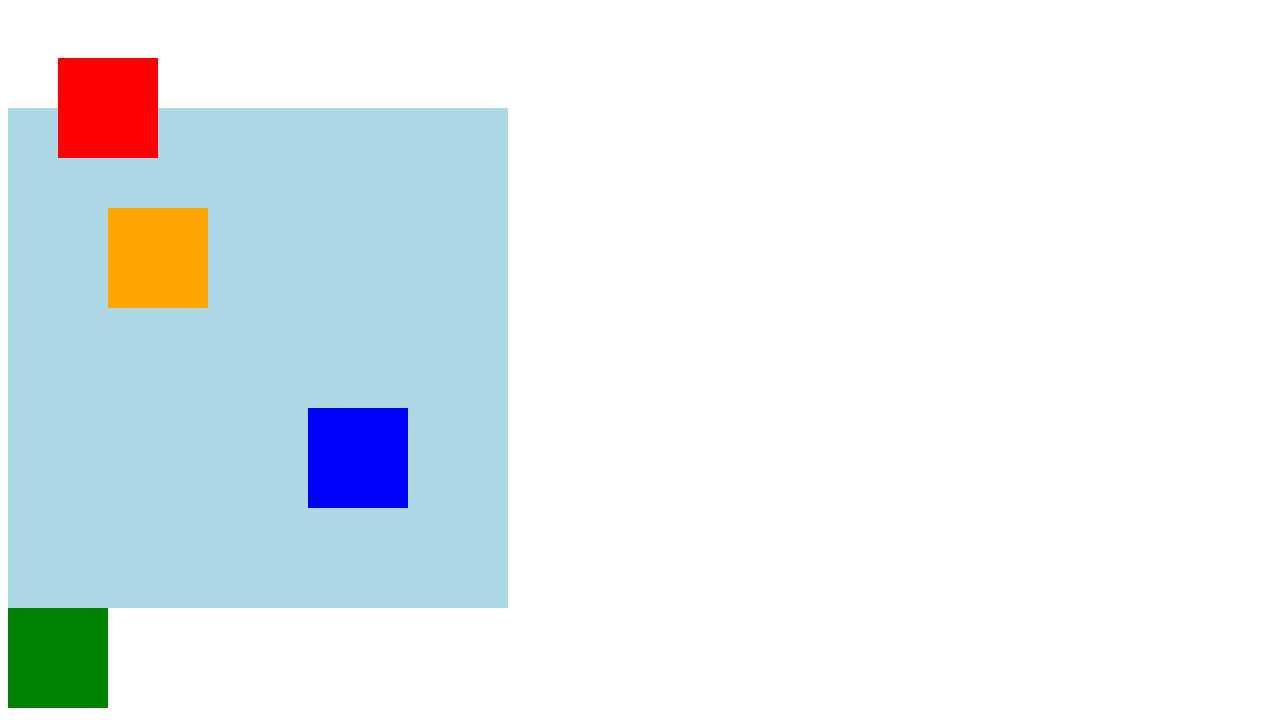
Repository: andiausrust/css-traversy
Page: positioning/index.html
An editor plug-in stored every save of this project. The page is shown before and after the next save, followed by the edit.
The browser window is 1280 px wide. The pictures show the whole page.

Above is the page before, as saved 2020-08-21 08:03:49.

### positioning/index.html
<!DOCTYPE html>
<html lang="en">
    <head>
        <meta charset="UTF-8" />
        <meta name="viewport" content="width=device-width, initial-scale=1.0" />
        <link rel="stylesheet" href="./css/style.css" />
        <title>Positioning</title>
    </head>
    <body>
        <div id="box-1" class="box"></div>
        <div class="container">
            <div id="box-2" class="box"></div>
            <div id="box-3" class="box"></div>
        </div>
        <div id="box-4" class="box"></div>
        <div id="box-5" class="box"></div>
    </body>
</html>

### positioning/css/style.css
.box {
    width: 100px;
    height: 100px;
}

#box-1 {
    position: relative;
    z-index: 1;
    top: 50px;
    left: 50px;
    background: red;
}

.container {
    position: relative;
    width: 500px;
    height: 500px;
    background-color: lightblue;
}

#box-2 {
    position: absolute;
    top: 100px;
    left: 100px;
    background: orange;
}

#box-3 {
    position: absolute;
    bottom: 100px;
    right: 100px;
    background: blue;
}

#box-4 {
    position: fixed;
    background: green;
}

#box-5 {
    background: black;
}

After the next save:
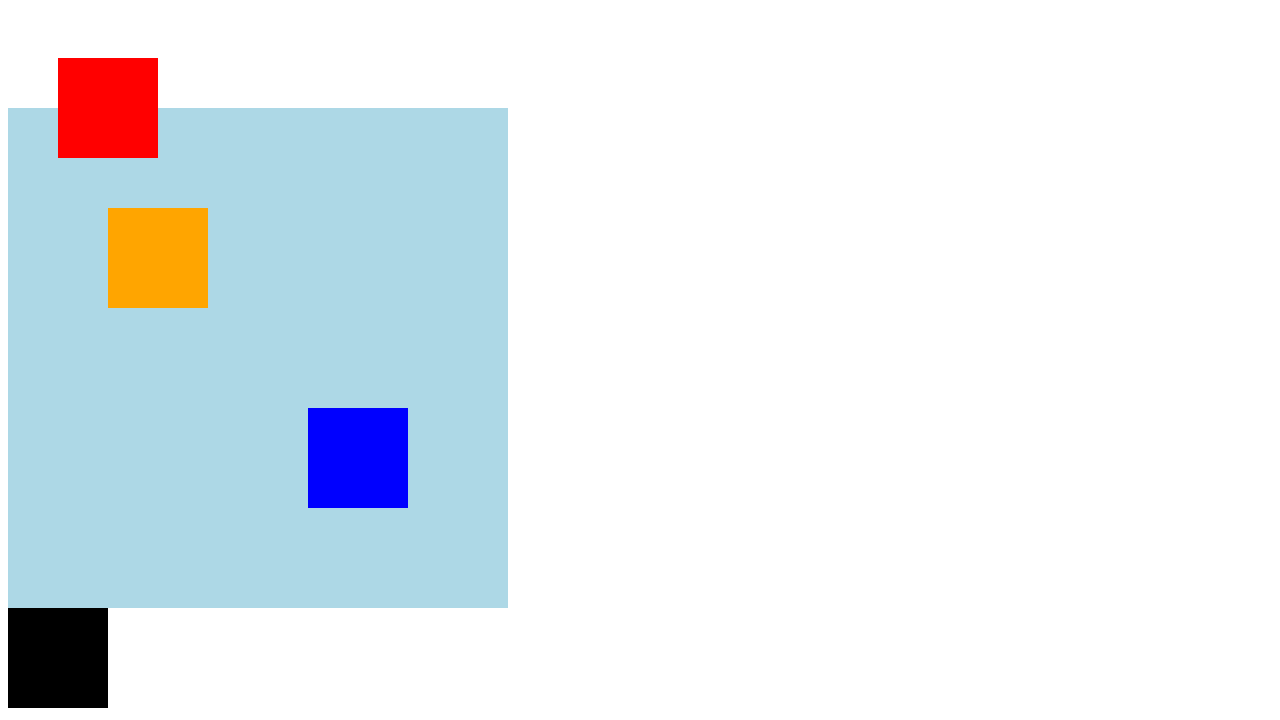
Saved 93 s later.
--- a/positioning/css/style.css
+++ b/positioning/css/style.css
@@ -38,5 +38,7 @@
 }
 
 #box-5 {
+    position: sticky;
+    top: 0;
     background: black;
 }
